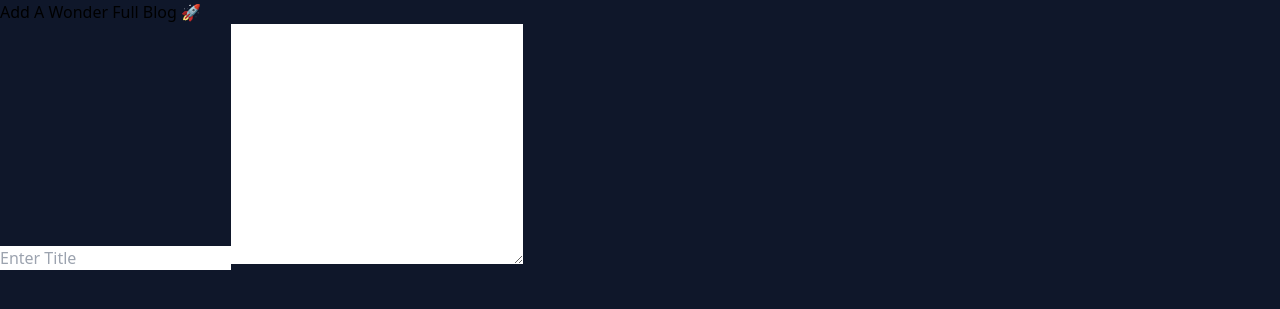
Repository: bittu-Patel/c-r-u-d.nextjs
Page: /blog/add
These files come from the project's save history. The page is drawn as it stood at one moment and after the next save; the edit follows.
The browser window is 1280 px wide. The pictures show the whole page.
The project was rebuilt for these pictures with package versions that can differ from the ones it lists, and the page was loaded fresh each time. The framework's server and built-in components were replaced by stand-ins that run in the browser. Also part of the build but not shown: next.config.js.

Above is the page before, as saved 2023-09-18 15:01:55.

### app/blog/add/page.tsx
"use client";

import { Fragment } from "react";
import { Toaster } from "react-hot-toast";

const AddBlog = () => {
    return (
        <Fragment>
        <Toaster />
           <div className="w-full m-auto flex my-4">
            <div className="flex flex-col justify-center items-center m-auto">
                <p className="text-2xl text-slate-200 font-bold p-3">Add A Wonder Full Blog 🚀</p>
                <form>
                    <input placeholder="Enter Title" type="text" className="rounded-md px-4 py-2 my-2" />
                    <textarea name="" id="" cols="30" rows="10"></textarea>
                </form>
            </div>
           </div>
        </Fragment>
    );
};

export default AddBlog;

### app/globals.css
@tailwind base;
@tailwind components;
@tailwind utilities;

@layer base {
  body {
    @apply bg-slate-900;
  }
}

Loaded but not shown: app/layout.tsx (common file)

After the next save:
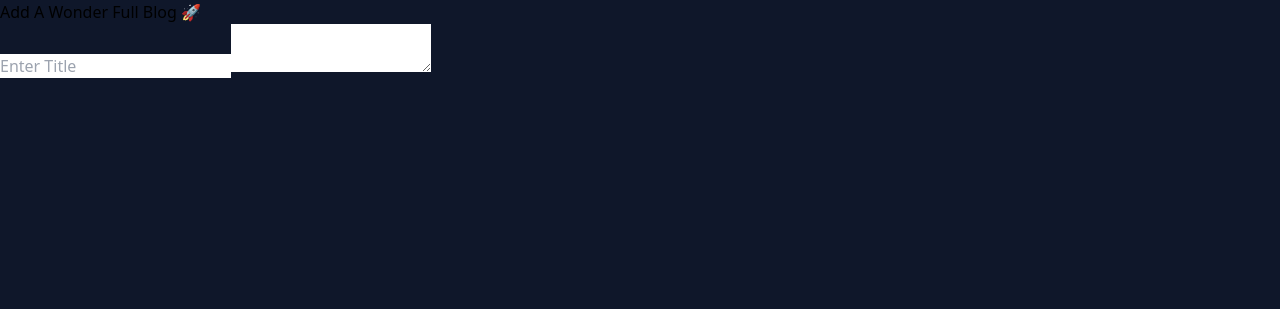
Saved 18 s later.
--- a/app/blog/add/page.tsx
+++ b/app/blog/add/page.tsx
@@ -12,7 +12,7 @@ const AddBlog = () => {
                 <p className="text-2xl text-slate-200 font-bold p-3">Add A Wonder Full Blog 🚀</p>
                 <form>
                     <input placeholder="Enter Title" type="text" className="rounded-md px-4 py-2 my-2" />
-                    <textarea name="" id="" cols="30" rows="10"></textarea>
+                    <textarea></textarea>
                 </form>
             </div>
            </div>
